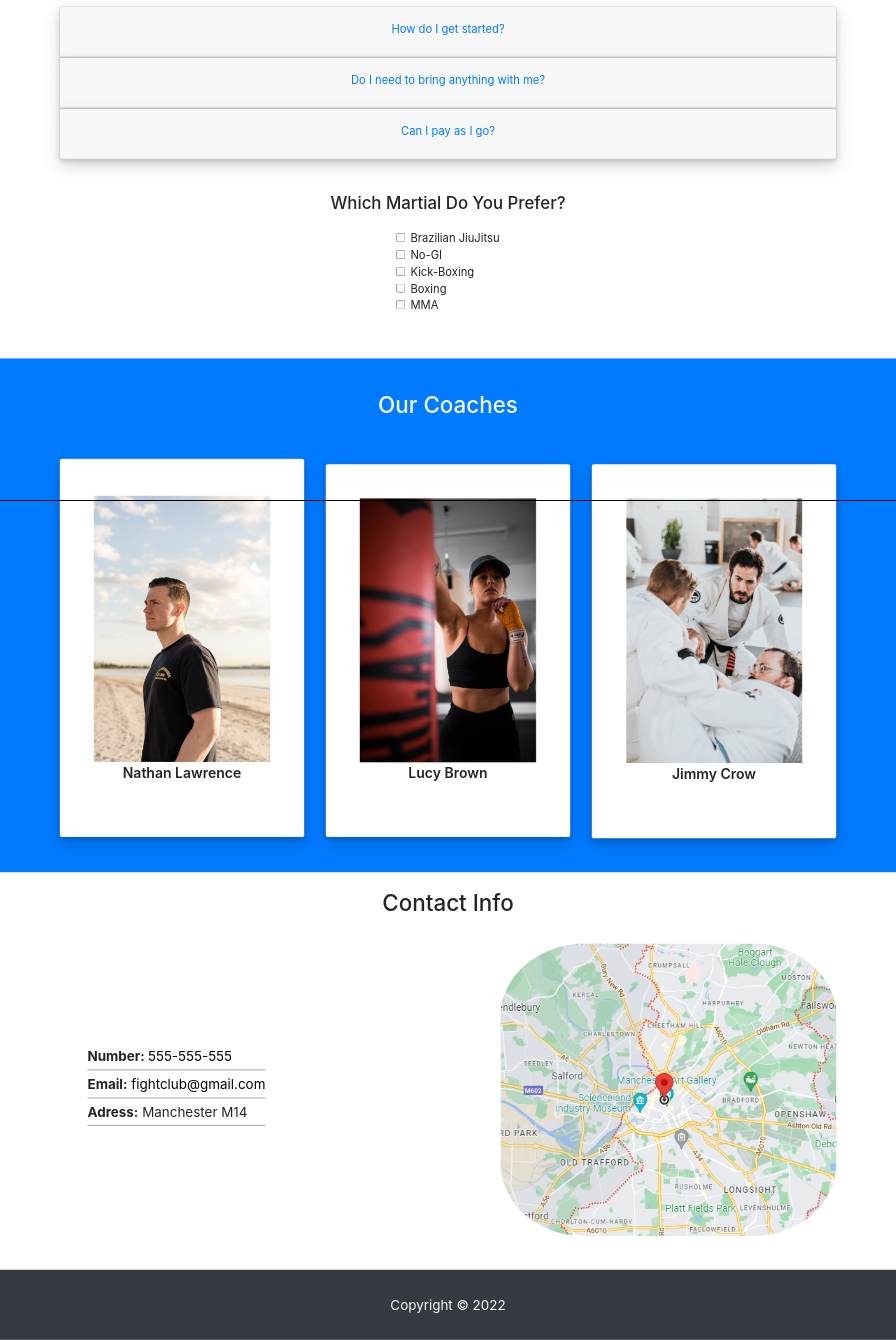
Repository: IonPara/Just-Fight
Page: index.html
The author's editor kept a copy of each file at every save. The page is drawn from the files as they stood at one save, then again after the next save.
The browser window is 1280 px wide. The pictures show the part of the page from y = 2190 to 4110 px (the page is 4104 px tall before and 4110 px after), at 70% of full size.
Some web libraries are served in a nearby version.

Above is the page before, as saved 2023-03-13 16:19:47.

After the next save:
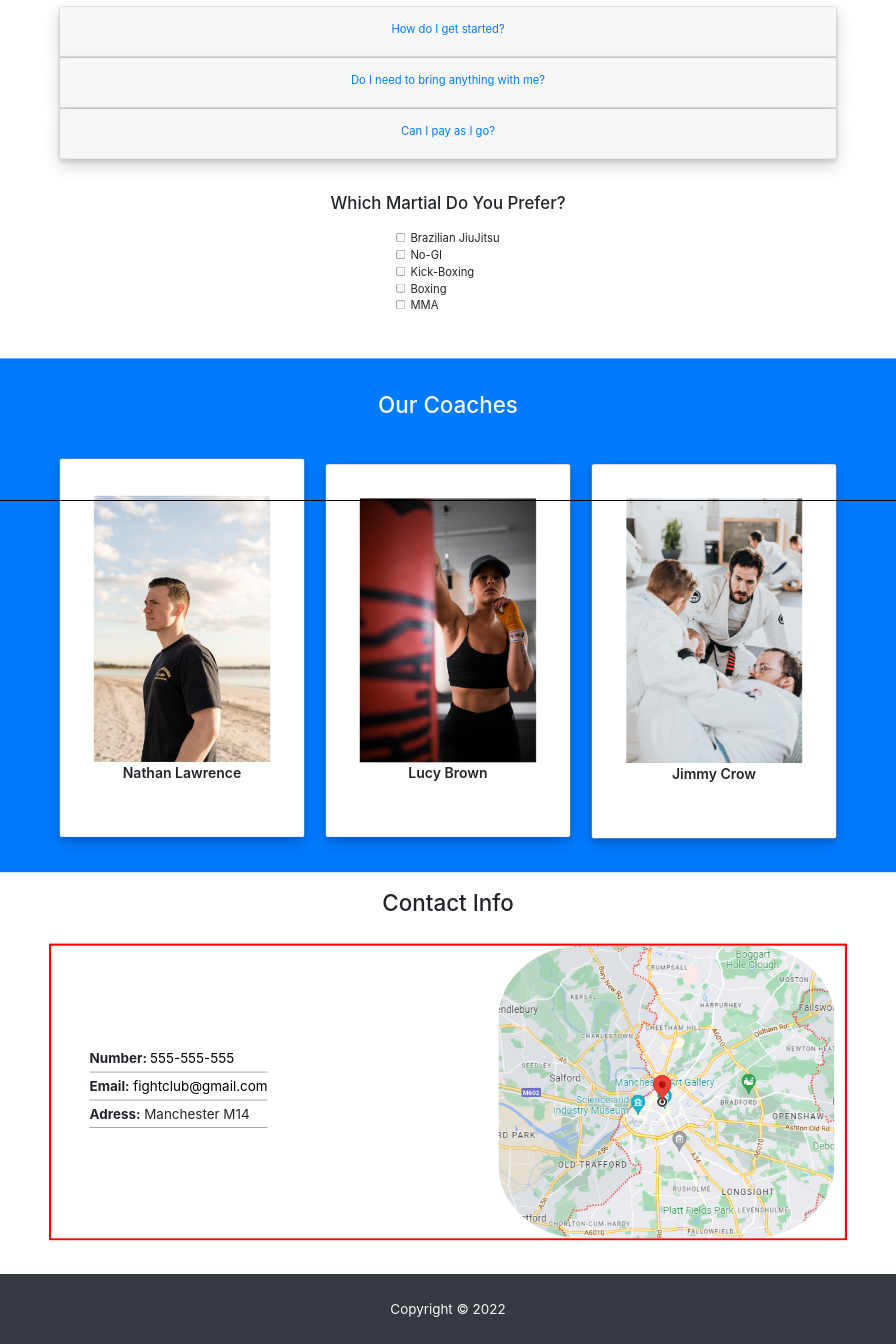
Saved 45 s later.
--- a/index.html
+++ b/index.html
@@ -436,7 +436,7 @@
   <section class="location " id="contact">
     <h2 class="text-center">Contact Info</h2>
 
-    <div class="container d-flex justify-center">
+    <div class="container contact-details d-flex justify-center">
       <ul class="list">
         <li>
           <strong>Number: </strong>
--- a/Styles/styles.css
+++ b/Styles/styles.css
@@ -98,6 +98,10 @@ ul a:hover {
     object-fit: contain;
 }
 
+.contact-details {
+    border: solid red;
+}
+
 /* -----------------Footer--------------- */
 footer p{
     padding: 5vh 0;
